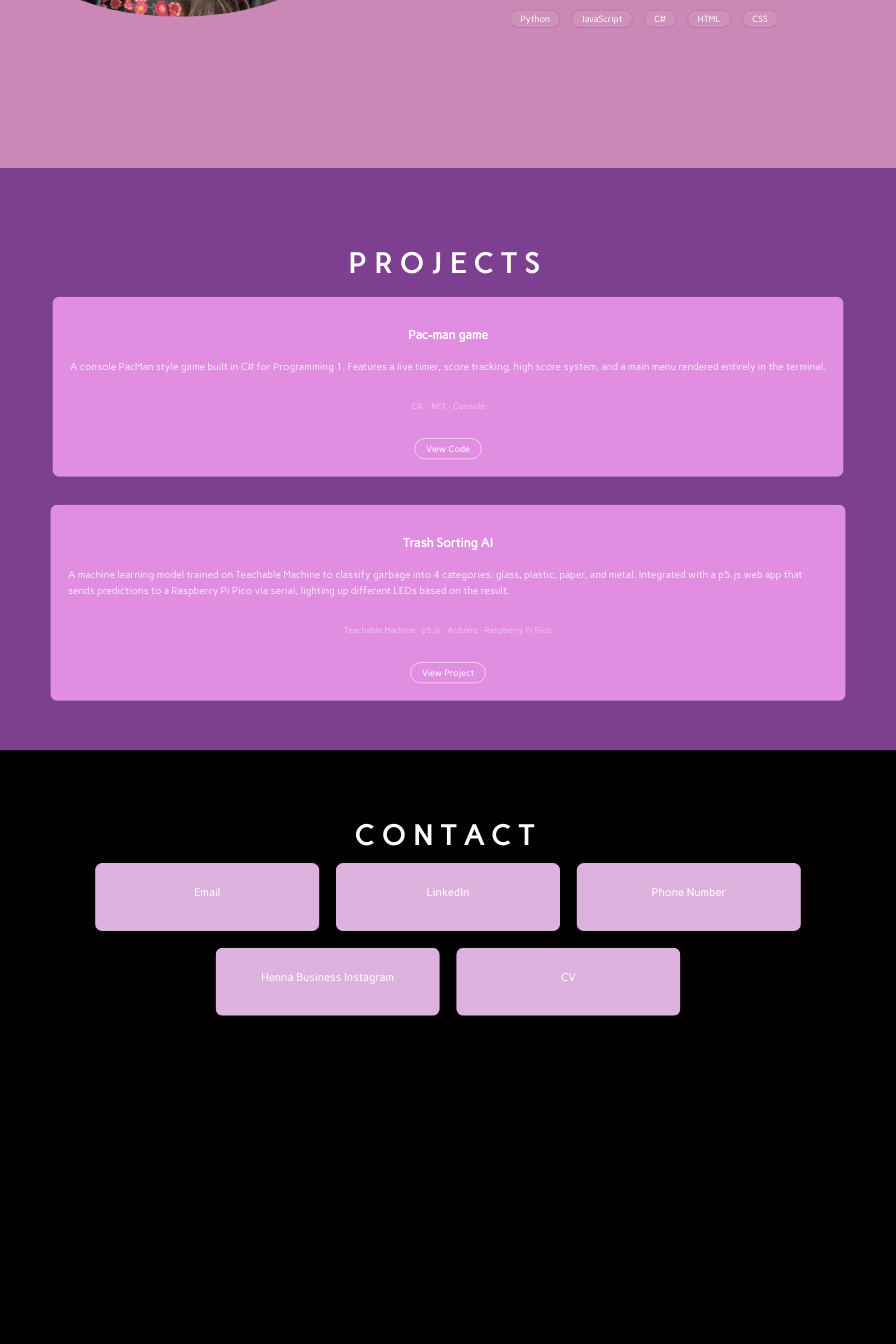
Repository: Rameen-A/Rameen-A
Page: index.html
The author's editor kept a copy of each file at every save. The page is drawn from the files as they stood at one save, then again after the next save.
The browser window is 1280 px wide. The pictures show the part of the page from y = 1240 to 3160 px (the page is 3160 px tall), at 70% of full size.

Above is the page before, as saved 2026-05-07 23:11:40.

### index.html
<!DOCTYPE html>
<html lang="en">
  <head>
    <meta charset="UTF-8" />
    <meta name="viewport" content="width=device-width, initial-scale=1.0" />
    <title>My Portfolio Project</title>
    <link rel="stylesheet" href="styles/globals.css" />
    <link rel="stylesheet" href="styles/index.css" />
  </head>
  <body>
    <nav class="sidebar">
      <button class="menu-button">☰</button>
      <ul class="menu">
        <li><a href="#about">About me</a></li>
        <li><a href="#projects">View Projects</a></li>
        <li><a href="#contact">My Info </a></li>
      </ul>
    </nav>
    <!-- Hero Section -->
    <section class="hero">
      <article>
        <h1>Rameen Amir</h1>
        <h3>Computer Science student | Business Artist</h3>
        <a href="#projects">View Projects</a>
      </article>
    </section>
    <!-- About Me Section -->
    <section class="about" id="about">
      <img
        src="assets/images/686415663_1672869123865112_6993977710073232581_n.jpg"
        alt="Profile Picture"
      />
      <!-- !my image doesnt have srcset - will add in the end -->
      <!-- !need an svg for menu bar and other spots - will end in the end-->

      <div class="about-content">
        <h2 class="aboutMe">About Me</h2>
        <p>
          I am a Computer Science student with a passion for business and
          creating. I have experience in c# and UI, project and management. I am
          always looking for new opportunities to learn and grow in both fields.
        </p>
        <p class="tools-labels">Tools & Technologies:</p>
        <ul class="tools-list">
          <li>Python</li>
          <li>JavaScript</li>
          <li>C#</li>
          <li>HTML</li>
          <li>CSS</li>
        </ul>
      </div>
    </section>
    <!-- Projects Section -->
    <section class="projects" id="projects">
      <h2>Projects</h2>
      <div class="cards">
        <article class="card">
          <h3>Pac-man game</h3>
          <p>
            A console PacMan style game built in C# for Programming 1. Features
            a live timer, score tracking, high score system, and a main menu
            rendered entirely in the terminal.
          </p>
          <p class="tech">C# · .NET · Console</p>
          <a href="" target="_blank">View Code</a>
        </article>
        <article class="card">
          <h3>Trash Sorting AI</h3>
          <p>
            A machine learning model trained on Teachable Machine to classify
            garbage into 4 categories: glass, plastic, paper, and metal.
            Integrated with a p5.js web app that sends predictions to a
            Raspberry Pi Pico via serial, lighting up different LEDs based on
            the result.
          </p>
          <p class="tech">
            Teachable Machine · p5.js · Arduino · Raspberry Pi Pico
          </p>
          <a href="" target="_blank">View Project</a>
        </article>
      </div>
    </section>
    <!-- Contact Section -->
    <section class="contact">
      <h2 id="contact">Contact</h2>
      <div class="contact-cards">
        <div class="contact-card">
          <p class="default">Email</p>
          <a href="mailto:rameenamir.ca@gmail.com" class="hover-text"
            >rameenamir.ca@gmail.com</a
          >
        </div>

        <div class="contact-card">
          <p class="contact-label">LinkedIn</p>
          <a
            href="https://www.linkedin.com/in/rameen-amir-5a9912349/"
            target="_blank"
            >Rameen Amir</a
          >
        </div>
        <div class="contact-card">
          <p class="contact-label">Phone Number</p>
          <a href="tel:5145617912">514-561-7912</a>
        </div>
        <div class="contact-card">
          <p class="contact-label">Henna Business Instagram</p>
          <a
            href="https://www.instagram.com/henna_byrameen?igsh=OGZzczk1ZWl6bW9p"
            target="_blank"
            >Henna_byrameen</a
          >
        </div>
        <div class="contact-card">
          <p class="contact-label">CV</p>
          <a href="assets/images/rameen cv 26.png" target="_blank">View CV</a>
        </div>
      </div>
    </section>
  </body>
  <script>
    const button = document.querySelector(".menu-button");
    const menu = document.querySelector(".menu");
    const links = document.querySelectorAll(".menu a");

    button.addEventListener("click", () => {
      menu.classList.toggle("show");
    });

    links.forEach((link) => {
      link.addEventListener("click", () => {
        menu.classList.remove("show");
      });
    });
  </script>
</html>

### styles/globals.css
/* FONT DEFS */
@font-face {
  font-family: "main font";
  src: url(../assets/fonts/Carme/Carme-Regular.ttf);
}

/* CROSS PAGE STYLES */
body {
  color: white;
  font-family: "main font", Verdana, sans-serif;
  margin: auto; /* ! margin needs to be default so 0*/
}

h1 {
  font-weight: bold;
  text-transform: uppercase;
  font-size: 1.5rem; /*! too small for desktop*/
}

a {
  text-decoration: none;
  color: white;
  font-size: 0.75rem; /*! too small*/
}
ul {
  list-style: none;
  padding: 0;
  margin: 0;
}
a:hover {
  text-decoration: underline;
}

### styles/index.css
body {
  margin: 0;
  top: 0;
  background-color: black;
}

.hero {
  display: flex;
  align-items: center;
  justify-content: center;
  text-align: center;
  height: 100vh;

  background-image: url(../assets/images/9a61269bd961543ec7b161a66536ad3a.gif);
  background-size: cover;
  background-position: center;
  background-repeat: no-repeat;
}
.hero a,
.card a {
  border: 2px solid rgb(238, 236, 236);
  padding: 0.5rem;
  border-radius: 20px;
}
article {
  opacity: 1;
}
/*menu bar */
.menu {
  position: fixed;
  top: 0;
  left: -25%;
  width: 25%;
  height: 100vh;
  background: rgba(0, 0, 0, 0.9);

  display: flex;
  flex-direction: column;
  padding-top: 5rem;
}

.menu.show {
  left: 0;
  transition: left 0.3s ease;
}
.menu-button {
  opacity: 0.6;
  font-size: 2rem;

  background: transparent;
  border: none;
  outline: 2px solid transparent;

  color: white;
  cursor: pointer;
}

/*about me section */
.about {
  display: flex;
  align-items: center;
  justify-content: center;
  min-height: 100vh;
  text-align: center;

  background-color: rgb(203, 135, 181);
}
.about h2 {
  font-size: 1.75rem;
  margin-bottom: 1rem;
  letter-spacing: 0.3em;
  text-transform: uppercase;
}
.about-content {
  display: flex;
  flex-direction: column;
  align-items: center;
  gap: 1.5rem;
  margin: 0 1rem;
  width: 100%;
  max-width: 90%;
  text-align: left;
}
.about img {
  max-width: 40%;
  border-radius: 50%;
  overflow: hidden;
  display: inline-block;
  vertical-align: middle;
}
.about-list li {
  font-size: 0.95rem;
  line-height: 1.5;
}

.tools-labels {
  font-size: 0.8rem;
  text-transform: uppercase;
  letter-spacing: 0.08em;
  text-align: left;
  margin-bottom: 0.5rem;
}
.tools-list {
  display: flex;
  flex-wrap: wrap; /* allows items to wrap / internet*/
  gap: 1rem;
  text-align: left;
}
.tools-list li {
  background-color: rgba(255, 252, 252, 0.08);
  border: 1px solid rgba(82, 4, 35, 0.2);
  border-radius: 20px;
  padding: 0.3rem 0.85rem;
  font-size: 0.8rem;
}
/*PROJECTS*/
.projects {
  display: flex;
  justify-content: center;
  min-height: 100vh;
  background-color: rgb(125, 64, 144);
  align-items: center;
  padding-top: 4rem;
  padding-bottom: 3rem;
  flex-direction: column;
}
.projects h2 {
  font-size: 1.75rem;
  margin-bottom: 1rem;
  letter-spacing: 0.3em;
  text-transform: uppercase;
}

.cards {
  display: flex;
  flex-direction: column;
  gap: 1.5rem;
  align-items: center;
  margin: 0 1rem;
  width: 100%;
  max-width: 90%;
  text-align: left;
}
.card {
  background-color: #e18de1;
  border: 1px solid rgba(230, 216, 225, 0.1);
  border-radius: 10px;
  padding: 1.5rem;
  text-align: left;
  display: flex;
  flex-direction: column;
  align-items: center;
  gap: 1rem;
  margin: 0.5rem;
}

.card:hover {
  border-color: rgba(180, 26, 26, 0.4);
}

.card h3 {
  font-size: 1.1rem;
  margin-bottom: 0.5rem;
}

.card p {
  font-size: 0.9rem;
  line-height: 1.6;
  opacity: 0.8;
  margin: 0 0 0.5rem 0;
}

.card .tech {
  font-size: 0.75rem;
  opacity: 0.5;
  margin: 0.75rem 0;
}

.card a {
  display: inline-block;
  border: 1px solid rgb(244, 239, 242);
  padding: 0.4rem 1rem;
  border-radius: 20px;
  font-size: 0.8rem;
  margin-top: 0.5rem;
}

.card a:hover {
  background-color: rgb(247, 235, 235);
  color: #0a1628;
  text-decoration: none;
}

/*CONTACT PAGE*/
.contact {
  display: flex;
  flex-direction: column;
  align-items: center;

  min-height: 100vh;
  padding: 4rem 1rem;

  background-color: rgb(2, 0, 0);
}
.contact h2 {
  font-size: 1.75rem;
  margin-bottom: 1rem;
  letter-spacing: 0.3em;
  text-transform: uppercase;
}
.contact-cards {
  display: flex;
  flex-direction: column;
  gap: 1.5rem;

  width: 100%;
  max-width: 90%;

  align-items: center;
}
.contact-card {
  background-color: #deb2de;
  padding: 1rem;
  border-radius: 10px;
  text-align: center;
  position: relative;
  overflow: hidden;
  width: 90%;
  max-width: 18rem;
}
.default {
  display: block;
  transition: opacity 0.3s ease;
}
.hover-text {
  position: absolute;
  inset: 0; /* fills the card */

  display: flex;
  align-items: center;
  justify-content: center;

  opacity: 0;
  transition: opacity 0.3s ease;
}
.contact-card:hover {
  transform: translateY(-5px);
  transition: transform 0.3s ease;
}
.contact-card a {
  opacity: 0;
  transition: opacity 0.3s ease;
  display: block;
  margin-top: 0.5rem;
  background-color: rgb(8, 0, 8);
}
.contact-card:hover a {
  opacity: 1;
  background-color: #ed8eda;
}
.contact-card:hover .default {
  opacity: 0;
}

.contact-card:hover .hover-text {
  opacity: 1;
}
.contact-card .label {
  font-size: 1rem;
  text-transform: uppercase;
}

/* nav mods */
nav {
  position: sticky;
  top: 0;
}

nav ul {
  display: flex;
  justify-content: flex-end;
  margin: 0rem;
}

nav ul li {
  list-style: none;
  margin: 1rem;
}

/* Mobile-first navigation */
nav ul {
  justify-content: center;
}

/* Tablet and desktop layouts */
@media (min-width: 768px) {
  nav ul {
    justify-content: flex-end;
  }

  .about {
    flex-direction: row;
    gap: 3rem;
    text-align: left;
  }

  .cards {
    flex-direction: row;
    flex-wrap: wrap;
    justify-content: center;
  }

  .contact-cards {
    flex-direction: row;
    flex-wrap: wrap;
    justify-content: center;
    align-items: stretch;
  }

  .about h2,
  .projects h2,
  .contact h2 {
    font-size: 2.5rem;
  }
}

After the next save:
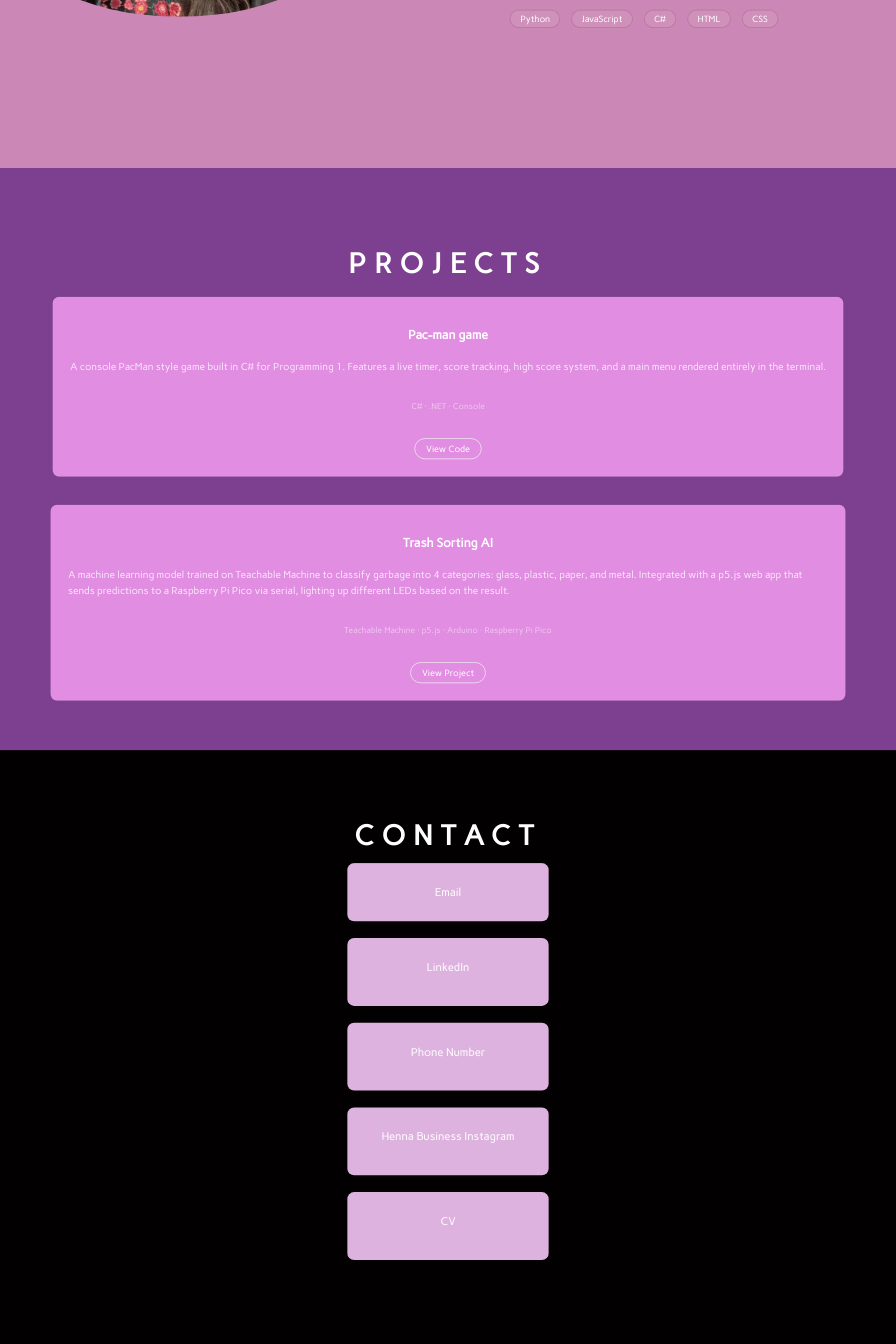
Saved 53 s later.
--- a/styles/index.css
+++ b/styles/index.css
@@ -212,11 +212,10 @@ article {
   display: flex;
   flex-direction: column;
   gap: 1.5rem;
-
-  width: 100%;
-  max-width: 90%;
-
-  align-items: center;
+  width: 100%;
+  max-width: 80%;
+  width: 100%;
+  max-width: 18rem;
 }
 .contact-card {
   background-color: #deb2de;
@@ -225,8 +224,8 @@ article {
   text-align: center;
   position: relative;
   overflow: hidden;
-  width: 90%;
-  max-width: 18rem;
+  width: 100%;
+  max-width: 22rem;
 }
 .default {
   display: block;
@@ -314,7 +313,6 @@ nav ul {
     flex-direction: row;
     flex-wrap: wrap;
     justify-content: center;
-    align-items: stretch;
   }
 
   .about h2,
